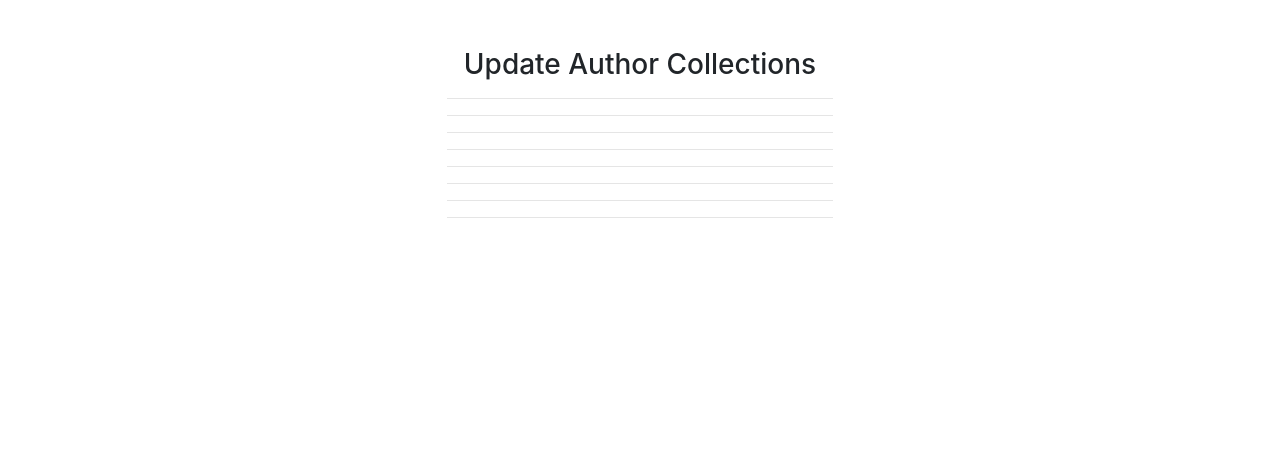
Repository: Temur-Sufiyanov/CBV
Page: http://localhost/author/1/books/edit/
The author's editor kept a copy of each file at every save. The page is drawn from the files as they stood at one save, then again after a run of saves.
The browser window is 1280 px wide. The pictures show the whole page.
The page is served by the project's application, run on Django 5.2 (manage.py). The page reads the database file committed with the project.

Above is the page before, as saved 2024-12-21 19:32:14.

After the next 8 saves:
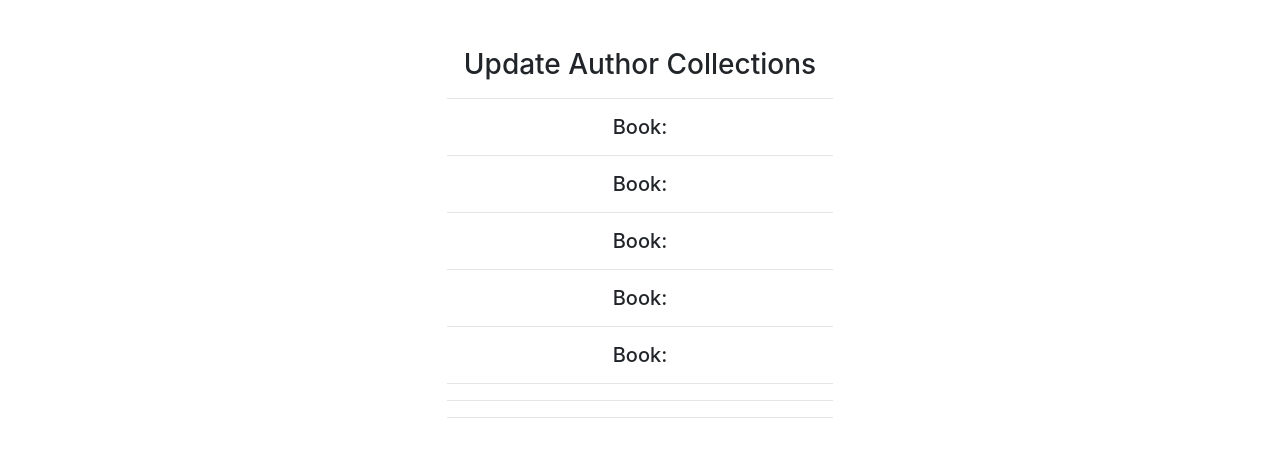
The 8 saves are shown as one change because 1 did not build or start and some came seconds apart.
The last was saved 36 s later.
--- a/new_books/templates/new_books/author_books_edit.html
+++ b/new_books/templates/new_books/author_books_edit.html
@@ -14,7 +14,7 @@
             <h5 class="text-center">
 
                 {% if book_form.instance.id %}
-
+                    Book: {{book_form.insta}}
                 {% endif %}
 
             </h5>
